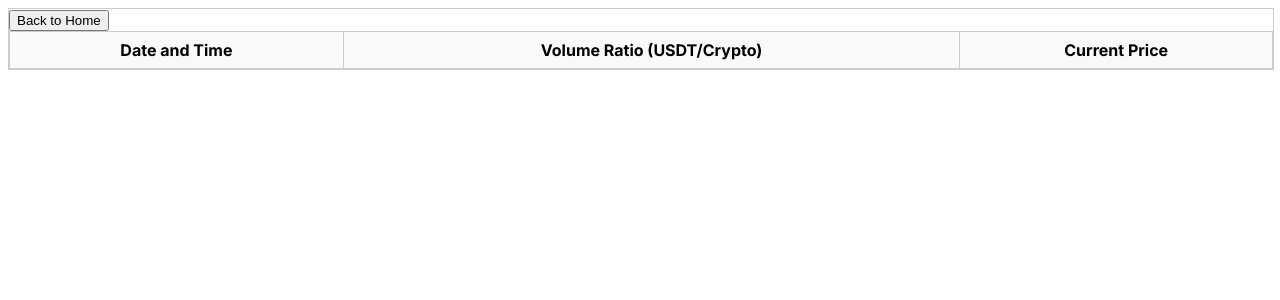
Repository: AbApin/trading-bot
Page: /crypto-table
An editor plug-in stored every save of this project. The page is shown before and after the next save, followed by the edit.
The browser window is 1280 px wide. The pictures show the whole page.
The page's requests for data from a server got no answer. The project was rebuilt for these pictures with package versions that can differ from the ones it lists, and the page was loaded fresh each time. The framework's server and built-in components were replaced by stand-ins that run in the browser. No one was signed in, and anything a server would have sent is missing. Also part of the build but not shown: next.config.mjs.

Above is the page before, as saved 2024-09-05 16:51:29.

After the next save:
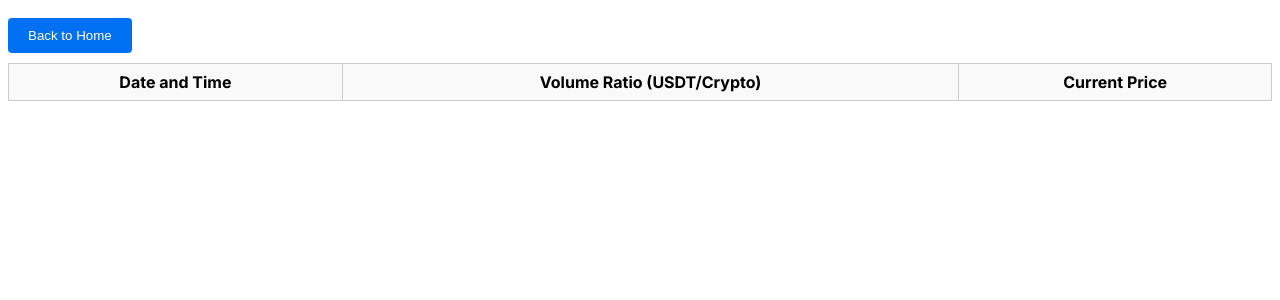
Saved 7 s later.
--- a/src/app/crypto-table/page-module.css
+++ b/src/app/crypto-table/page-module.css
@@ -1,13 +1,12 @@
 .table-container {
+  position: relative;
   width: 100%;
   max-height: 600px;
-  overflow-y: auto; /* Enables vertical scrolling */
-  border: 1px solid #ccc; /* Optional: adds a border around the table */
-  background-color: #fff; /* Optional: sets a background color */
+  overflow-y: auto;
 }
 
 .crypto-table {
-  width: 100%; /* Full width */
+  width: 100%;
   border-collapse: collapse;
 }
 
@@ -22,20 +21,24 @@
   background-color: #f9f9f9;
 }
 
-.crypto-table tbody {
-  display: block;
-  max-height: 600px;
-  overflow-y: auto;
-  width: 100%;
-}
-
-.crypto-table tbody tr {
-  display: table;
-  width: 100%;
-  table-layout: fixed;
+.crypto-table tbody tr:nth-child(even) {
+  background-color: #f1f1f1;
 }
 
 .fixed-row {
-  background-color: #dff0d8; /* Light green background */
-  font-weight: bold;
+  background-color: #e0ffe0; /* Highlight the latest row */
 }
+
+.back-button {
+  margin: 10px 0;
+  padding: 10px 20px;
+  background-color: #0070f3;
+  color: white;
+  border: none;
+  border-radius: 4px;
+  cursor: pointer;
+}
+
+.back-button:hover {
+  background-color: #005bb5;
+}
